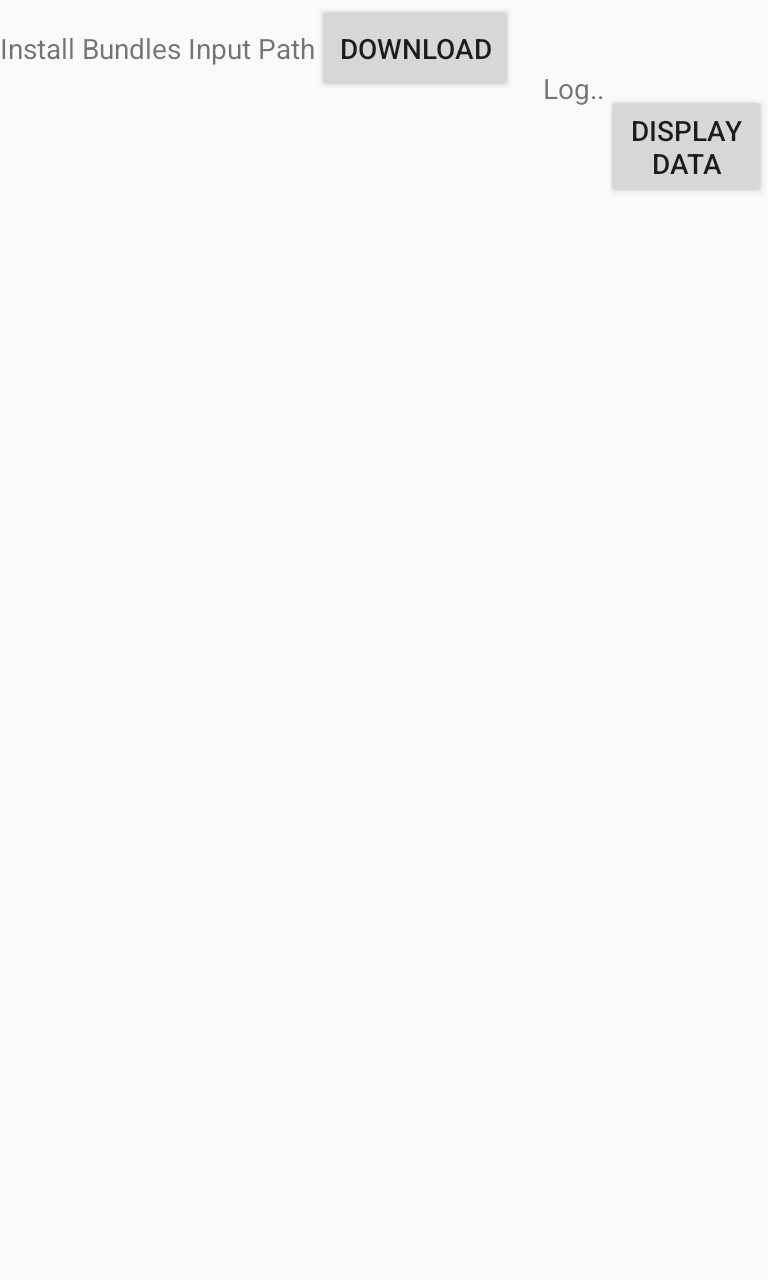
Repository: theodosiac/gyroscope_Rest_Android
Layout: HelloFelix/res/layout/activity_main.xml
The author's editor kept a copy of each file at every save. The layout is drawn from the files as they stood at one save, then again after the next save.
It is drawn on a 768 x 1280 px phone screen (xhdpi) without system bars, with theme AppTheme; the app's code is not run.

Above is the layout before, as saved 2015-03-25 18:36:59.

After the next save:
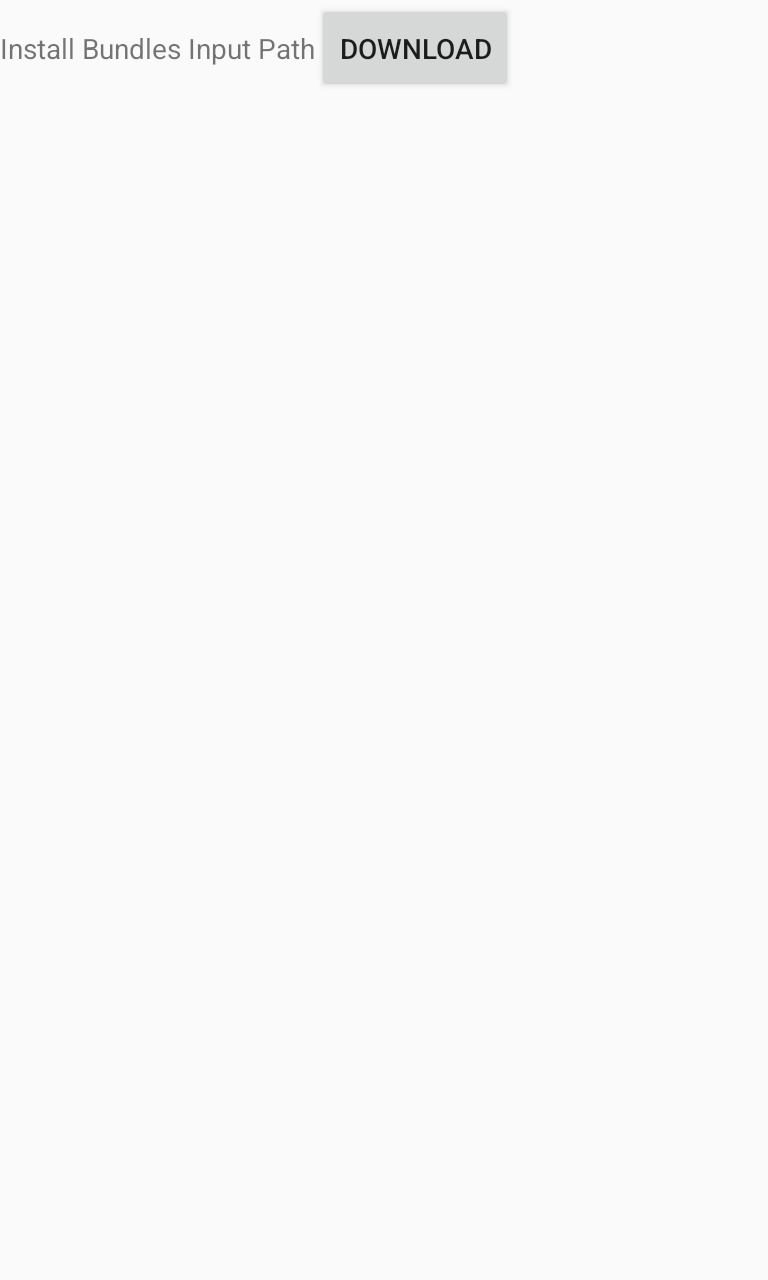
Saved 39 s later.
--- a/HelloFelix/res/layout/activity_main.xml
+++ b/HelloFelix/res/layout/activity_main.xml
@@ -21,6 +21,7 @@
 		        android:layout_height="wrap_content"
 		        android:onClick="DownloadBundle"
 		        android:text="Download" />
+	    </LinearLayout>
     <TextView
         android:id="@+id/text_view"
         android:layout_width="wrap_content"
